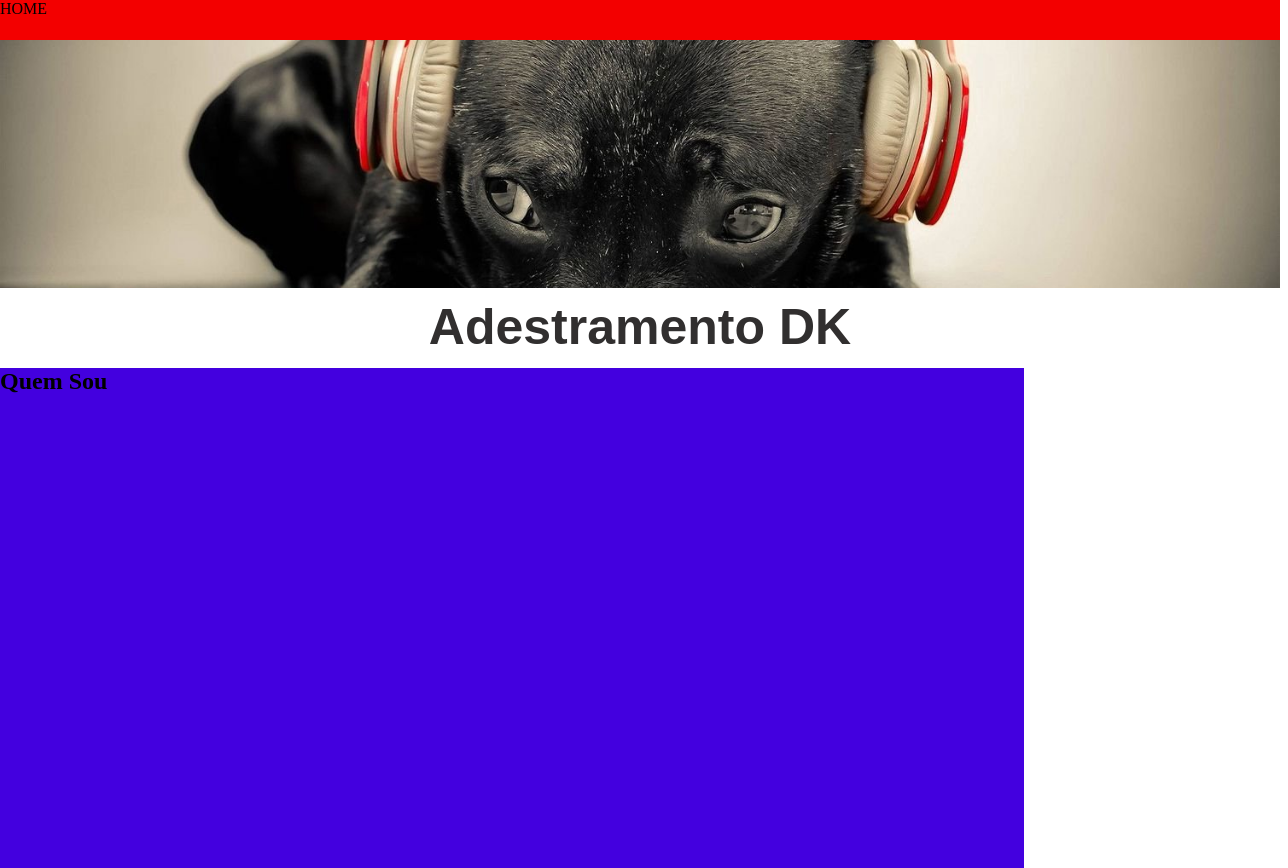
Repository: KevynMarques/Blog-React-StyledComponent
Page: /
The author's editor kept a copy of each file at every save. The page is drawn from the files as they stood at one save, then again after a run of saves.
The browser window is 1280 px wide. The page is 1280 px wide, then 1288 px, then 1280 px, so the pictures cover 1288 px, including what lies to the right of the window. The pictures show the whole page.
The project was rebuilt for these pictures with package versions that can differ from the ones it lists, and the page was loaded fresh each time.

Above is the page before, as saved 2022-01-28 12:53:12.

After the next 3 saves:
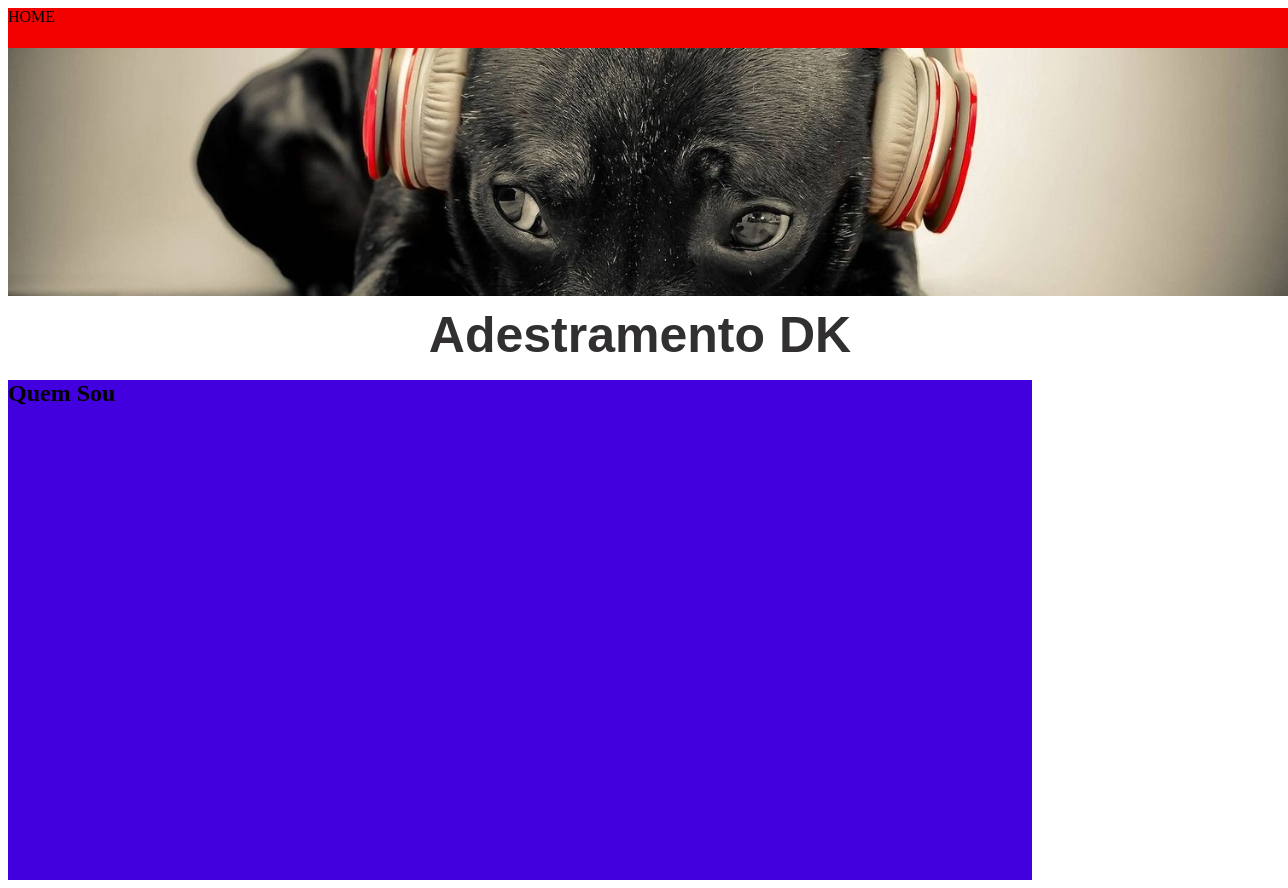
The 3 saves are shown as one change because they came seconds apart.
The last was saved 14 s later.
--- a/src/GlobalStyle.js
+++ b/src/GlobalStyle.js
@@ -1,10 +1,8 @@
 import { createGlobalStyle } from 'styled-components';
 
  export const GlobalStyle = createGlobalStyle`
-  * {
     margin: 0;
     padding: 0;
     box-sizing: border-box;
-  }
 
 `;

After the save that followed:
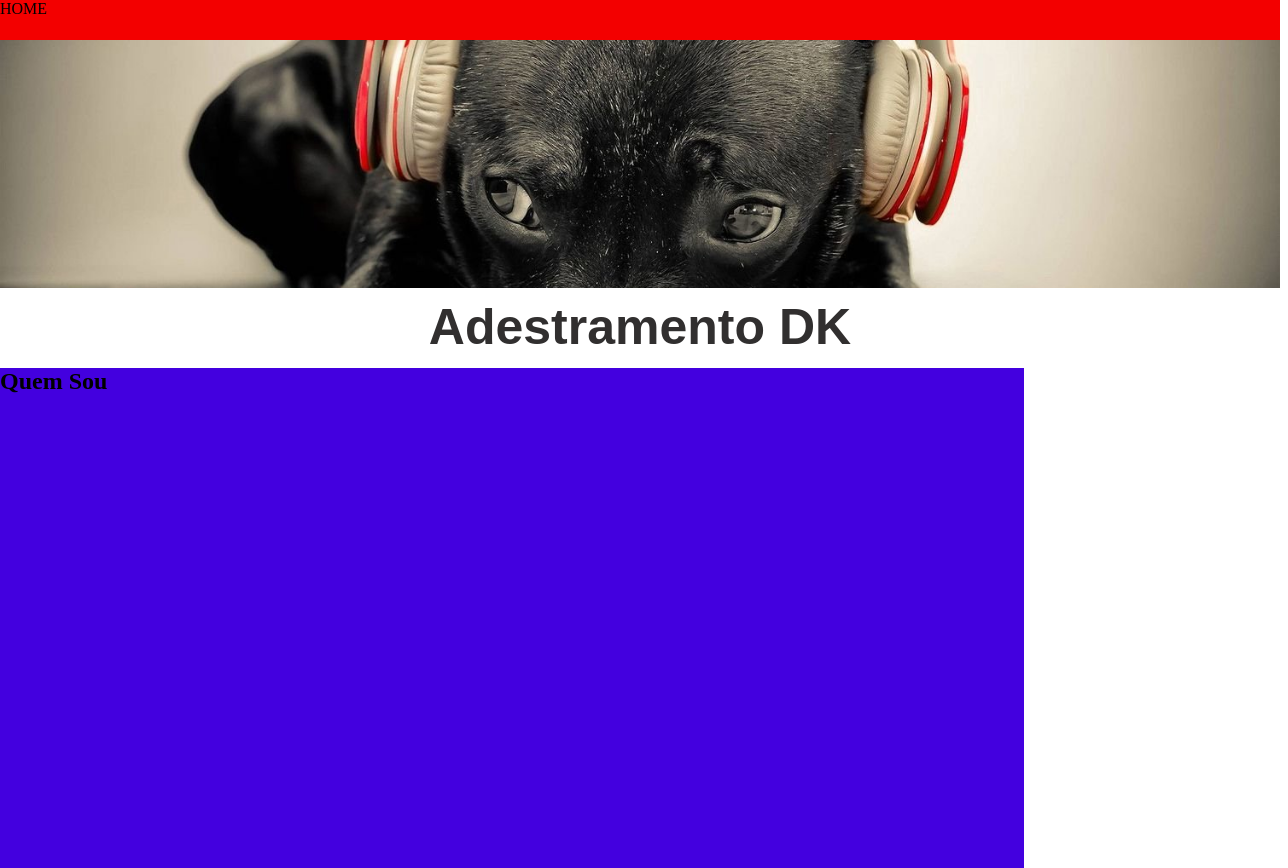
Saved 5 s later.
--- a/src/GlobalStyle.js
+++ b/src/GlobalStyle.js
@@ -1,8 +1,9 @@
 import { createGlobalStyle } from 'styled-components';
 
  export const GlobalStyle = createGlobalStyle`
+  * {
     margin: 0;
     padding: 0;
     box-sizing: border-box;
-
+  }
 `;
